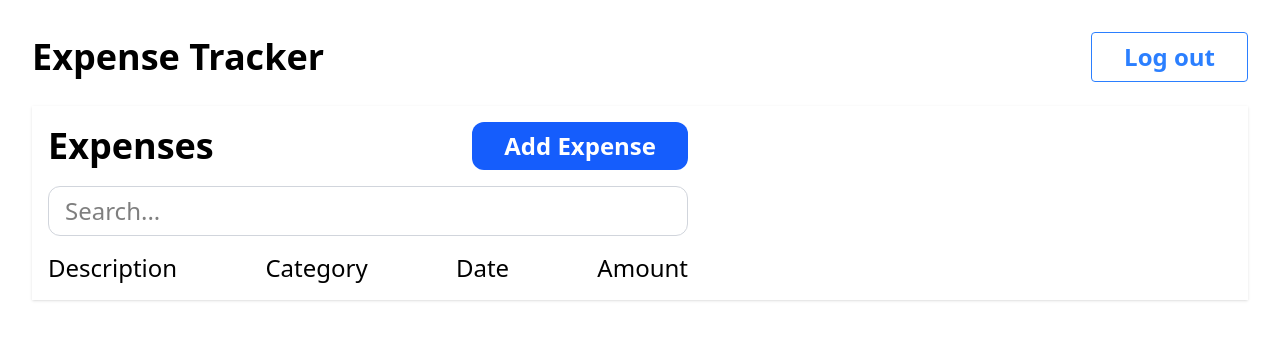
Repository: Syed-Mohsin-Ali786/frontend-expense-tracker
Page: /
The author's editor kept a copy of each file at every save. The page is drawn from the files as they stood at one save, then again after the next save.
The browser window is 1280 px wide. The pictures show the whole page.
The project was rebuilt for these pictures with package versions that can differ from the ones it lists, and the page was loaded fresh each time.

Above is the page before, as saved 2025-09-28 14:23:54.

### src/App.tsx
import "./App.css";

function App() {
  return (
    <div className=" mt-4 mx-4 p-4">
      {/* Header */}
      <header className="flex items-center justify-between">
        <h1 className="text-4xl  font-semibold">Expense Tracker</h1>
        <button className=" border border-blue-500 py-2 px-3 md:px-6 lg:px-8 rounded font-semibold text-blue-500 text-2xl ">
          Log out
        </button>
      </header>

      {/* The main page */}
      <section className="mt-6 shadow p-4">
        {/* Expenses */}
        <div className="flex flex-col w-[50vw] justify-between">
          <div className="flex justify-between items-center ">
          <h1 className="text-4xl  font-semibold">Expenses</h1>
          <button className=" bg-blue-600  py-2 px-3 md:px-6 lg:px-8 rounded-[12px] font-semibold text-[#ffff] text-2xl">
            Add Expense
          </button>
          </div>
          <div>
          <input type="text" placeholder="Search..."  className="py-2 px-4 w-full text-2xl border-gray-300 border rounded-[12px] mt-4 "/>
          <div className="flex text-2xl items-center justify-between mt-4 ">
            <p>Description</p>
            <p>Category</p>
            <p>Date</p>
            <p>Amount</p>
          </div>
          </div>
        </div>
        {/* Charts */}
        <div></div>
      </section>
    </div>
  );
}

export default App;

Loaded but not shown: index.html (common file); src/main.tsx (common file); src/App.css (common file)

After the next save:
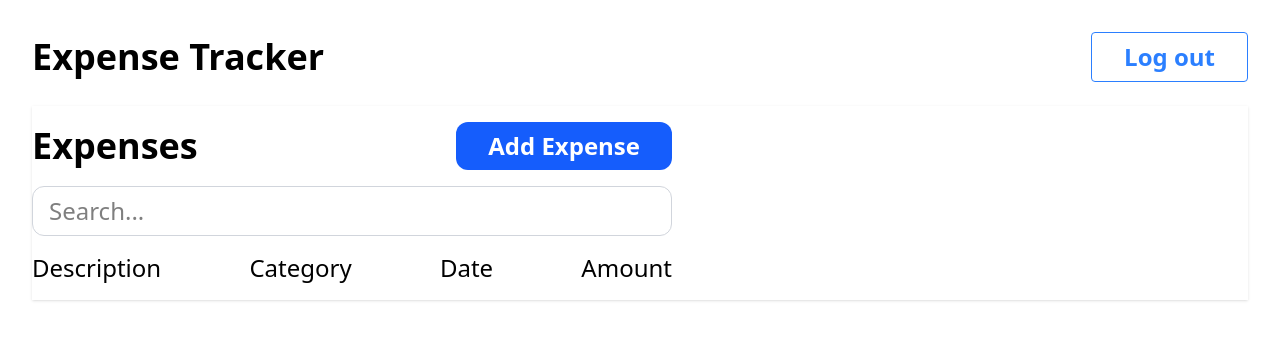
Saved 7 s later.
--- a/src/App.tsx
+++ b/src/App.tsx
@@ -12,7 +12,7 @@ function App() {
       </header>
 
       {/* The main page */}
-      <section className="mt-6 shadow p-4">
+      <section className="mt-6 shadow py-4">
         {/* Expenses */}
         <div className="flex flex-col w-[50vw] justify-between">
           <div className="flex justify-between items-center ">
